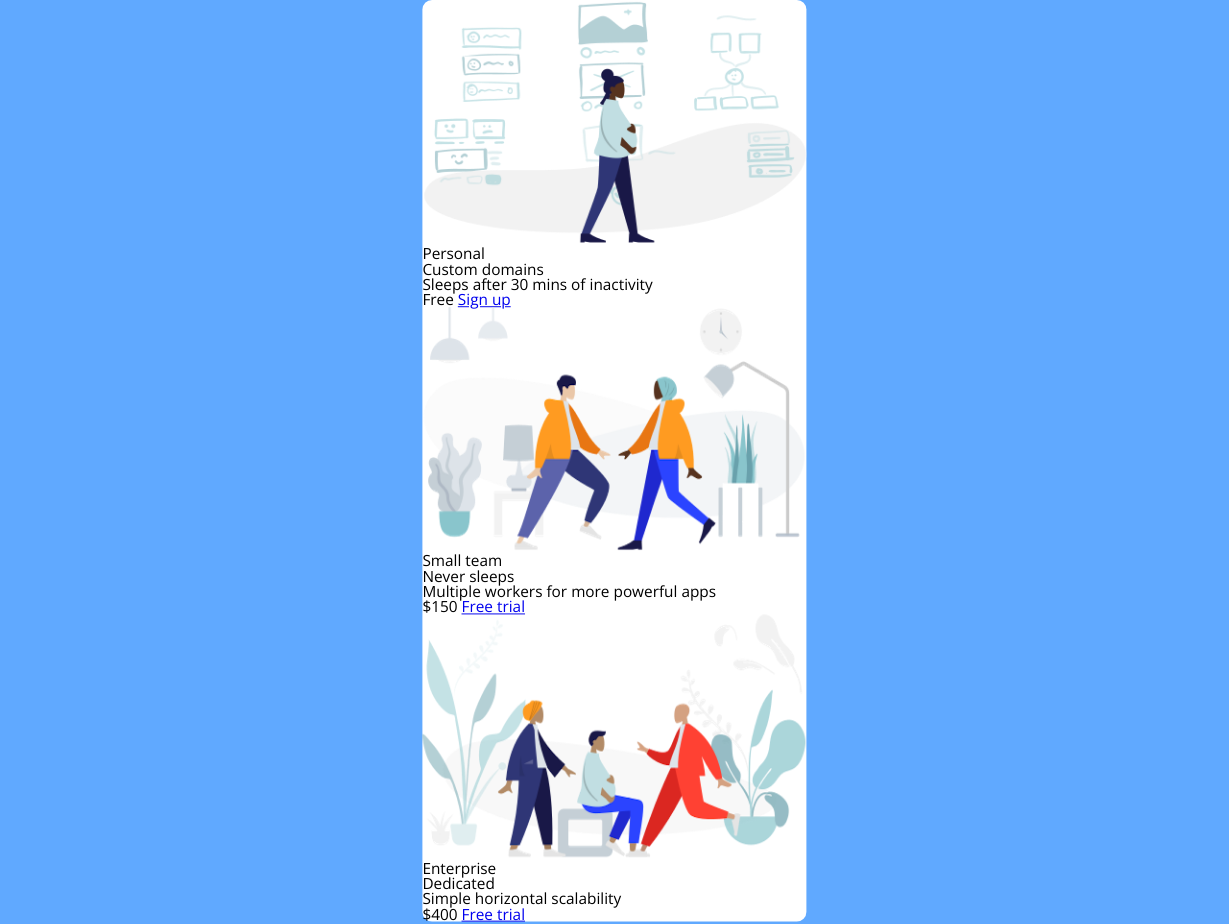
Repository: patrik-fredlund/pricing_panel_udemy
Page: PriceTableStarter/index.html
An editor plug-in stored every save of this project. The page is shown before and after the next save, followed by the edit.
The browser window is 1280 px wide. The pictures show the whole page, at 96% of full size.

Above is the page before, as saved 2021-06-27 13:18:51.

After the next save:
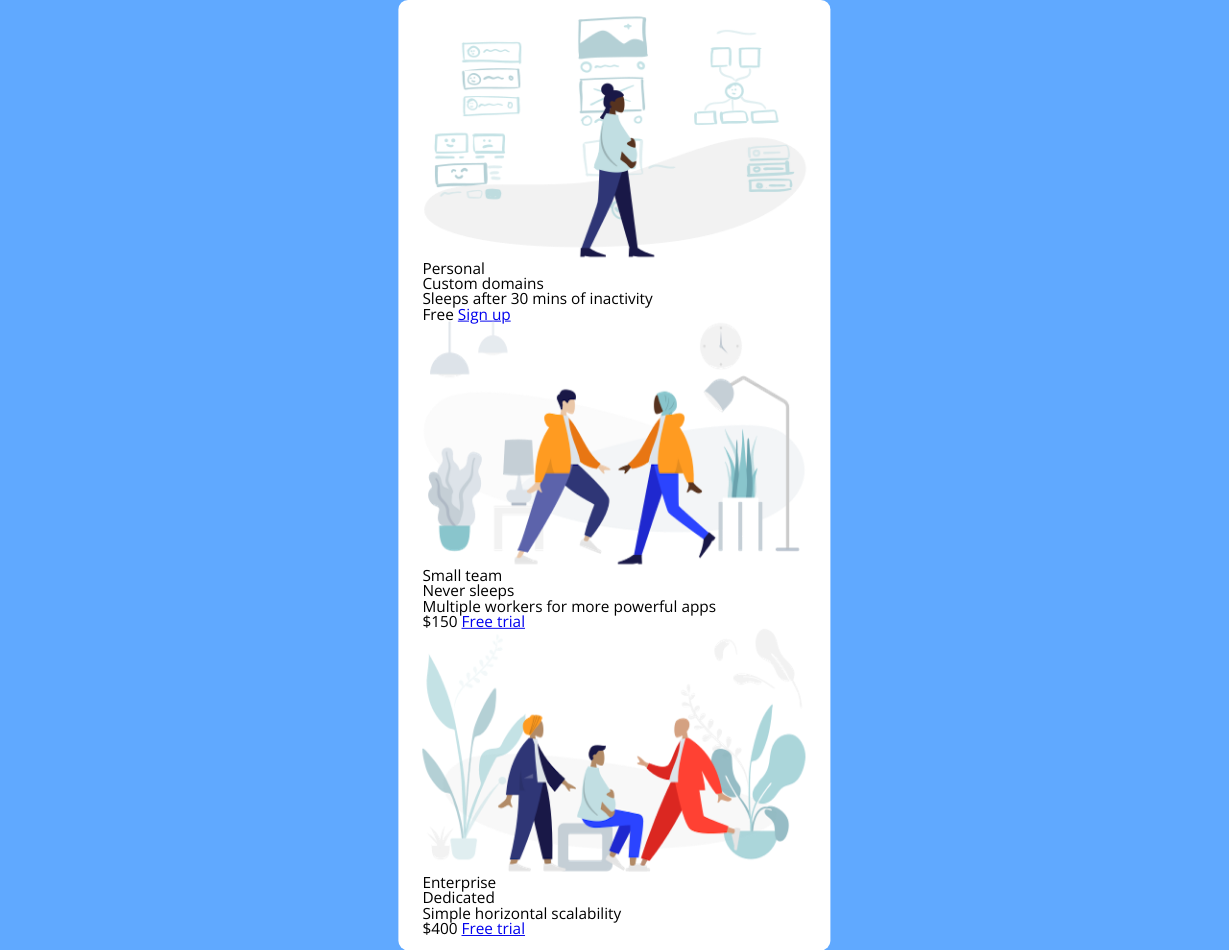
Saved 18 s later.
--- a/PriceTableStarter/app.css
+++ b/PriceTableStarter/app.css
@@ -68,4 +68,5 @@ body {
 .panel {
     background-color: white;
     border-radius: 10px;
+    padding: 15px 25px;
 }
